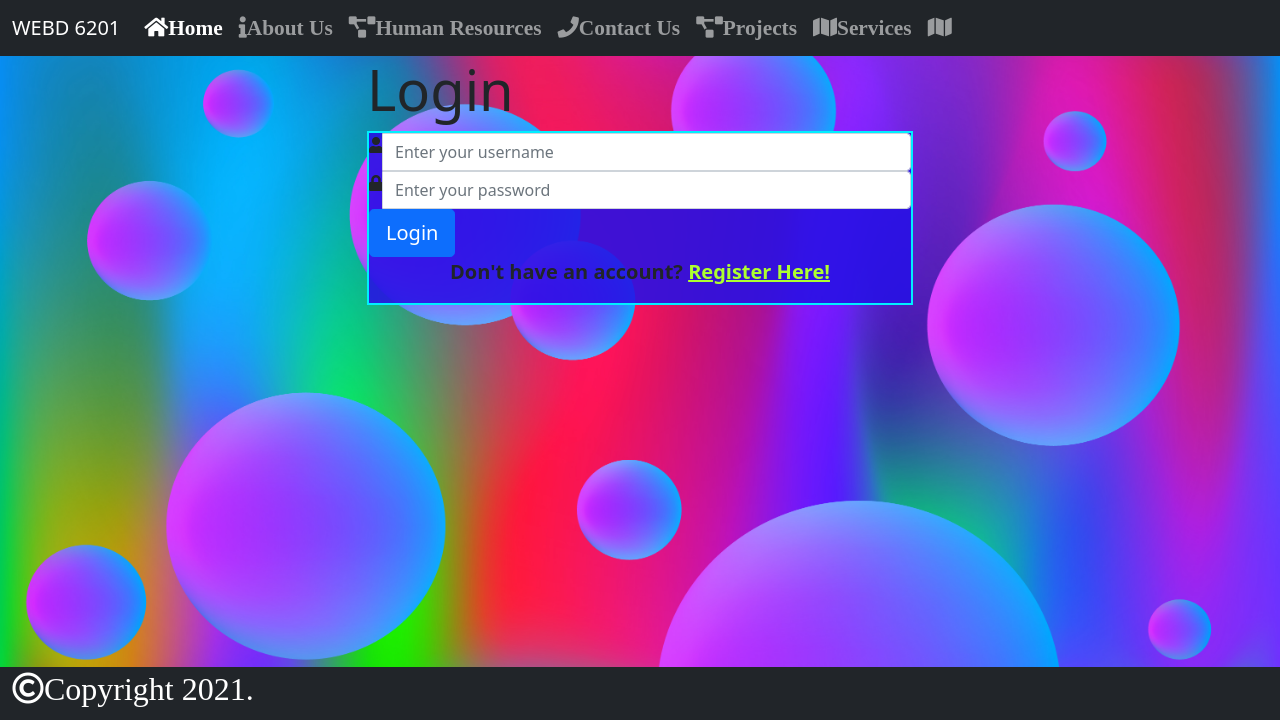
Repository: vans12345678/WEBD6201-W2021-Lab2
Page: login.html
These files come from the project's save history. The page is drawn as it stood at one moment and after the next save; the edit follows.
The browser window is 1280 px wide. The pictures show the whole page.

Above is the page before, as saved 2021-02-24 17:19:48.

### login.html
<!DOCTYPE html>
<html lang="en">
<head>
    <meta charset="UTF-8">
    <meta name="viewport" content="width=device-width, initial-scale=1.0">
    <title>Login</title>
    <!-- CSS Section -->
    <link rel="stylesheet" href="./node_modules/bootstrap/dist/css/bootstrap.min.css">
    <link rel="stylesheet" href="./node_modules/@fortawesome/fontawesome-free/css/all.min.css">
    <link rel="stylesheet" href="./Content/app.css">
</head>
<body class ="Vapor">
    <!-- Main Header -->
    <header>
        <!-- Main Navigation -->
        <nav class="navbar navbar-expand-lg navbar-dark bg-dark">
            <div class="container-fluid">
                <a id ="navHome" class="navbar-brand" href="index.html"></a>
                <button class="navbar-toggler" type="button" data-bs-toggle="collapse" data-bs-target="#navbarSupportedContent" aria-controls="navbarSupportedContent" aria-expanded="false" aria-label="Toggle navigation">
                  <span class="navbar-toggler-icon"></span>
                </button>
                <div class="collapse navbar-collapse" id="navbarSupportedContent">
                  <ul id = "ulNav" class="navbar-nav me-auto mb-2 mb-lg-0">
                    <li class="nav-item">
                      <a  class="nav-link active" aria-current="page" href="index.html"><i id ="navIndex"class = "fas fa-home fa-lg"></i></a>
                    </li>
                    <li class="nav-item" id ="navAbout">
                      <a  class="nav-link " aria-current="page" href="about.html"><i id ="navAboutItem"class = "fas fa-info fa-lg"></i></a>
                    </li>
                    <li class="nav-item">
                      <a  class="nav-link " aria-current="page" href="contact.html"><i id ="navContact"class = "fas fa-phone fa-lg"></i></a>
                    </li>
                    <li class="nav-item">
                      <a  class="nav-link" aria-current="page" href="projects.html"><i id ="navProjects" class ="fas fa-project-diagram fa-lg">Products</i></a>
                    </li>
                    <li class="nav-item">
                      <a  class="nav-link " aria-current="page" href="services.html"><i id ="navServices"class = "fas fa-map fa-lg"></i></a>
                    </li>
                    <li class="nav-item">
                      <a  class="nav-link " aria-current="page" href="login.html"><i id ="navLogin"class = "fas fa-map fa-lg"></i></a>
                    </li>
                  </ul>
                </div>
              </div>
          </nav>
    </header>

    <!-- Main Content -->
    <main class="container" id="mainContent">
      <div class="row">
          <div class="offset-md-3 col-md-6 col-sm-12">
                <div class="login" id="contentArea">
                    <h1 class="display-4">Login</h1>
                    <div id = "messageArea"></div>
                    <form class = "fromBackground" id="loginForm" novalidate>
                      <div class="form-group">
                        <div class="input-group">
                          <span class="input-group-addon">
                            <i class="fa fa-user">
                            </i>
                          </span>
                          <input type="text" class="form-control" id="username" name="username"  required
                          value="" placeholder="Enter your username">
                        </div>

                      </div>
                      <div class="form-group">
                        <div class="input-group">
                          <span class="input-group-addon">
                            <i class="fa fa-lock">
                            </i>
                          </span>
                          <input type="password" class="form-control" id="password" name="password"  required
                          value="" placeholder="Enter your password">
                        </div>
                      </div>
                      <div class="text-right">
                        <button id="submitButton" type="submit" class="btn btn-primary btn-lg">Login</button>
                      </div>
                      <p class="text-center fs-5 fw-bold">
                        Don't have an account?
                        <a href="register.html">Register Here!</a>
                    </p>
                    </form>
                </div>

          </div>
      </div>
  </main>

    <!-- Main Footer -->
    <footer>
        <nav class="navbar fixed-bottom navbar-dark bg-dark">
            <div class="container-fluid">
                <h4><i id = "footer" class="far fa-copyright fa-lg site-footer"></i></h4>
            </div>
          </nav>
    </footer>
    <!-- Script Section -->
    <script src="./node_modules/jquery/dist/jquery.min.js"></script>
    <script src="./node_modules/bootstrap/dist/js/bootstrap.bundle.min.js"></script>
    <script src="./Scripts/app.js"></script>
</body>
</html>

### Content/app.css
/* custom css goes here */
.Vapor {
    background-image: url('../images/vapor.jpg');
    background-repeat: no-repeat;
    background-attachment: fixed;
    background-size: 100% 100%;
  }
  a {
    color: greenyellow;
  }
  .textFont
  {
    font-family: Arial, Helvetica, sans-serif;
    line-height: 32px;
  }
  body
  {
    background-color: rgb(90, 90, 90);
  }
  h1.container{
    border-radius: 10px;
    width: 70%;
    height: 90px;
    margin: 0px auto;
    background: linear-gradient(90deg,#06bfee,#fb0093)
  }
  h1.projects{
    background-color: white;
  }
  .contact-table{
    width: 100%;
    margin:  50px auto;
    background-color: white;
  }
  .contact-form
  {
    width: 100%;
    margin:  100px auto;
  }
  .warnMessage
  {
    width: 90%;
    margin:  50px;
  }
  .site-footer {
    color:white;
  }
  .formMargin
  {
    margin: 35px 70px;
  }
  .fromBackground
  {
    background-color: #2712e4e1;
    border: 2px solid rgb(0, 238, 255);
  }

### Scripts/app.js
/************************************************************
 * Name: Andre Agrippa, Michai Pryce
 * Date: 01/20/2021
 * Description: This file adds functionality to the Home,
 * About Us, Human Resources, Contact Us, Projects and Services
 * pages.
 * Date Completed:
 */

"use strict";


(function(){

    /**
     * Display Nav bar function to display nav and footer
     */
    function DisplayNav()
    {
        let navTextElement = document.getElementById("navHome").textContent = "WEBD 6201";
        navTextElement = document.getElementById("navIndex").textContent = "Home";
        navTextElement = document.getElementById("navAboutItem").textContent = "About Us";

        let navAboutElement = document.getElementById("navAbout");
        let hrListItem = document.createElement("li");
        hrListItem.setAttribute("id", "liHumanResources");
        hrListItem.setAttribute("class", "nav-item");
        let navbar = document.getElementById("ulNav").appendChild(hrListItem);
        hrListItem.innerHTML = `<a class="nav-link" aria-current="page" href="human-resources.html">
        <i id ="navHumanResources" class ="fas fa-project-diagram fa-lg">Human Resources</i></a>`;
        if(document.title === "Human Resources"){
            hrListItem.innerHTML = `<a class="nav-link active" aria-current="page" href="human-resources.html">
            <i id ="navHumanResources" class ="fas fa-project-diagram fa-lg">Human Resources</i></a>`;
        }

        navAboutElement.after(hrListItem);

        navTextElement = document.getElementById("navContact").textContent = "Contact Us";
        navTextElement = document.getElementById("navProjects").textContent = "Projects";
        navTextElement = document.getElementById("navServices").textContent = "Services";
        navTextElement = document.getElementById("footer").textContent = "Copyright 2021.";
    }

    /**
     * Display home to display index page
     */
    function displayHome()
    {
        DisplayNav();
        let introText = "This is a simple site to demonstrate the about, contact, human resources, projects and services requirements for Lab 1 WEBD 6201 - Client Side Scripting";
        let titleText = "Welcome to WEBD 6201";

        let introTextElement = document.getElementById("indexTitle").textContent = titleText;
        introTextElement = document.getElementById("indexParagraph").textContent = introText;

    }
    /**
     * Display about to display about the creators
     */
    function displayAbout()
    {
        DisplayNav();

        //About Andre
        let aboutElement = document.getElementById("aboutTitle").textContent = "About Us";
        aboutElement = document.getElementById("aboutAText");
        aboutElement.innerHTML = `<h1>Andre Agrippa:</h1>
        <p class = "">I'm a 2nd year student at Durham College in the Computer Programming and Analysis program. I've been
        coding for several years now because I enjoy it and always looking to improve in this aspect.</p>
        <a class = "fa-lg" href="./resumes/andre_resume.pdf" download>Resume Download</a></br></br>
        <img src="./images/aa.jpg" alt="" style="width:500px;height:450px;">`;

        //About Michai
        aboutElement.innerHTML += `<h1>Michai Pryce:</h1>
        <p class = ""> Hello, I am in my final year in the Computer Programming Program at Durham College. I love
        to code and learn about the evergrowing advancements in technology. This is the demonstration for our first lab!
        </p>
        <a class = "fa-lg" href="./resumes/Copy_of_Resume.docx" download>Resume Download</a></br></br>
        <img src="./images/m.jpg" alt="" style="width:500px;height:450px;">`;

    }
    /**
     * Display top 3 projects page
     */
    function displayProjects()
    {
        DisplayNav();

        //Projects 1
        let projectsElement = document.getElementById("projectsTitle").textContent = "Projects";
        projectsElement = document.getElementById("projectsText").innerHTML =
        `<h3>Project One: COBOL Item List</h3>
        <p>This project reads records from a .dat file, performs calculations on the data then outputs it to a .out file neatly formatted.</p>
        <img src="./images/p1.png" alt="" style="width:800px;height:500px;">`;

        //Projects 2
        projectsElement = document.getElementById("projectsText").innerHTML +=
        `<h3>Project Two: C#, XAML, MDF  Preferred Shares and Common Shares</h3>
        <p>This project uses XAML for the windows form and a database to keep track of common and preferred shares.
        The database keeps track of how many shares(common/preferred) are  available and validation is applied.</p>
        <img src="./images/p2.png" alt="" style="width:800px;height:500px;">`;

        //Projects 3
        projectsElement = document.getElementById("projectsText").innerHTML +=
        `<h3>Project Three: ASP.NET and MVC Framework Animal Shelter</h3>
        <p>This project is a web application that keeps track of animals, owners, appointment and login info in a database.
        Relational database concepts are applied.</p>
        <img src="./images/p3.png" alt="" style="width:800px;height:500px;">`;

    }
    /**
     * Display top 3 services page
     */
    function displayServices()
    {
        DisplayNav();

        //Services 1
        let servicesElement = document.getElementById("servicesTitle").textContent = "Services";
        servicesElement = document.getElementById("servicesText").innerHTML =
        `<h3>Web Development:</h3>
        <p>We offer a variety of different web development (Front-end, Back-end, Databases). Languages (PHP, ASP.NET, JavaScript)</p>
        <img src="./images/s1.jpg" alt="" style="width:800px;height:500px;">`;

        //Services 2
        servicesElement = document.getElementById("servicesText").innerHTML +=
        `<h3>OOP Programming</h3>
        <p>We offer a variety of different Object Oriented Programming. We're experienced with C#, C++, Java etc.
        Whether it be windows forms applications, console applications GUI, etc.</p>
        <img src="./images/s2.png" alt="" style="width:800px;height:500px;">`;

        //Services 3
        servicesElement = document.getElementById("servicesText").innerHTML +=
        `<h3>Database Management System</h3>
        <p>It's been almost 3 years since we've had experience in database development. We've used software such as
        Microsoft SQL Server and PgAdmin4. Experienced with relational database concepts.</p>
        <img src="./images/s3.jpg" alt="" style="width:800px;height:500px;">`;


    }
    /**
     * Display contact form page
     */
    function displayContact()
    {
        DisplayNav();

        let messageArea = document.getElementById("messageArea");
        messageArea.hidden = true;

        //form validation
        let fullName = document.getElementById("fullName");
        fullName.addEventListener("blur", function()
        {
            if(fullName.value.length < 2)
            {
                fullName.focus();
                fullName.select();
                messageArea.hidden = false;
                messageArea.className = "alert alert-danger  ";
                messageArea.textContent = "Please enter an appropriate name > 2 characters";
            }
            else
            {
                messageArea.removeAttribute("class");
                messageArea.hidden = true;
            }
        });
            let sendButton = document.getElementById("sendButton");
            sendButton.addEventListener("click", function(event)
            {
                event.preventDefault();
                // //Displays twice?

                let contact = new Contact(fullName.value,contactNumber.value, emailAddress.value, shortMessage.value);

                console.log(contact.serialize());
                if(contact.serialize())
                {
                    localStorage.setItem((localStorage.length + 1).toString(),contact.serialize());

                    window.location.href = "index.html";
                }

            });

    }
    /**
     * Human resources page
     */
    function displayHumanResources()
    {
        DisplayNav();
    }
    function displayLogin()
    {
        DisplayNav();
    }

    /**
     * Start function, depending on document title will load specific page
     */
    function Start()
    {
        console.log("App Started...");

        //Based of title of html
        switch(document.title)
        {
            case "Index":
                displayHome();
                break;
            case "About Us":
                displayAbout();
                break;
            case "Projects":
                displayProjects();
                break;
            case "Services":
                displayServices();
                break;
            case "Contact Us":
                displayContact();
                break;
            case "Contact-List":
                displayContactList();
                break;
            case "Human Resources":
                displayHumanResources();
                break;
            case "Login":
                displayLogin();
                break;
        }


    }

    window.addEventListener("load", Start);

})();

Loaded but not shown: node_modules/bootstrap/dist/css/bootstrap.min.css (library); node_modules/@fortawesome/fontawesome-free/css/all.min.css (library); node_modules/jquery/dist/jquery.min.js (library); node_modules/bootstrap/dist/js/bootstrap.bundle.min.js (library)

After the next save:
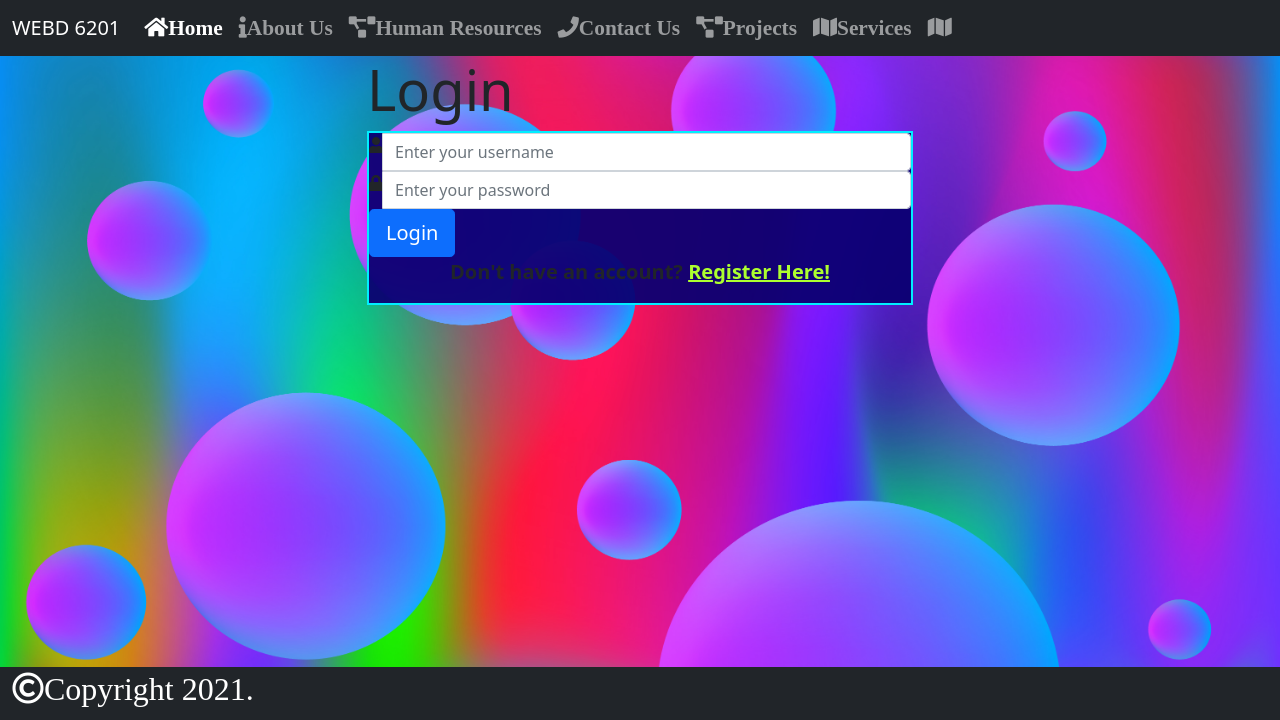
Saved 10 s later.
--- a/Content/app.css
+++ b/Content/app.css
@@ -51,6 +51,6 @@
   }
   .fromBackground
   {
-    background-color: #2712e4e1;
+    background-color: #0b0072f1;
     border: 2px solid rgb(0, 238, 255);
   }
